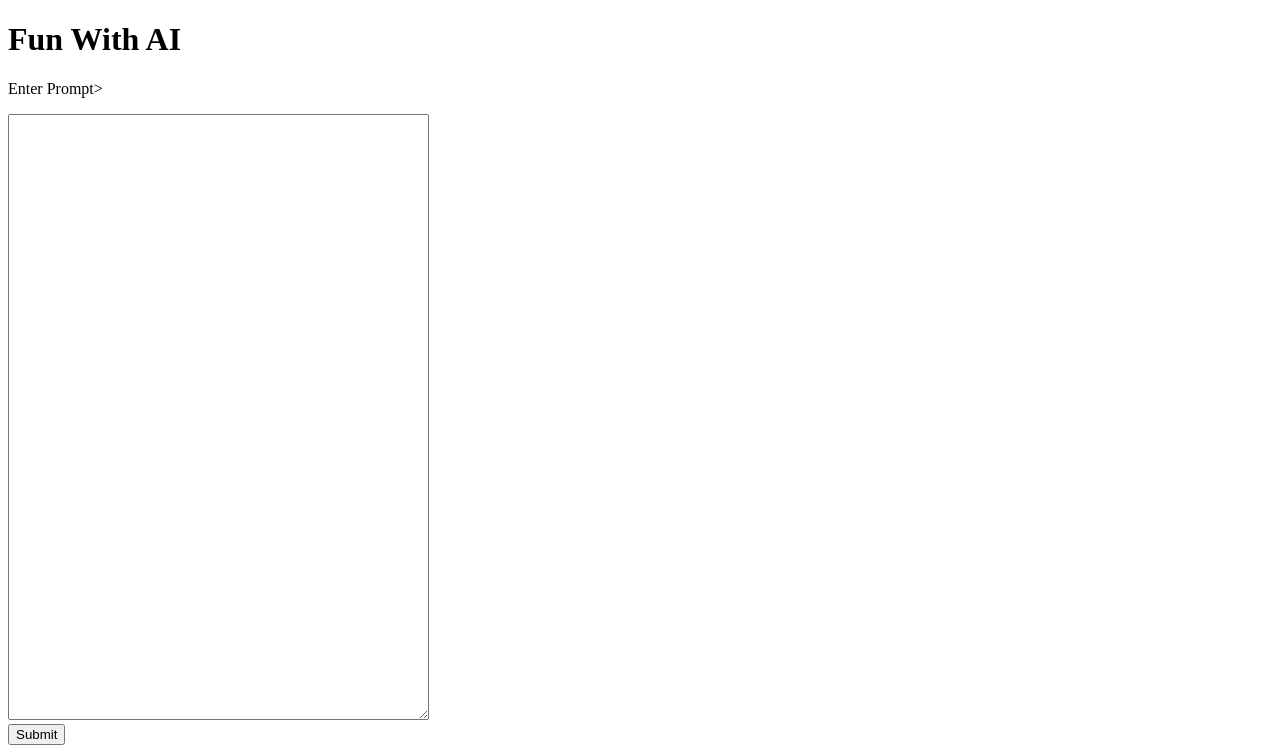
Repository: wenxi0504/open-ai-API
Page: openAI.html
The author's editor kept a copy of each file at every save. The page is drawn from the files as they stood at one save, then again after the next save.
The browser window is 1280 px wide. The pictures show the whole page.

Above is the page before, as saved 2022-05-15 16:26:44.

After the next save:
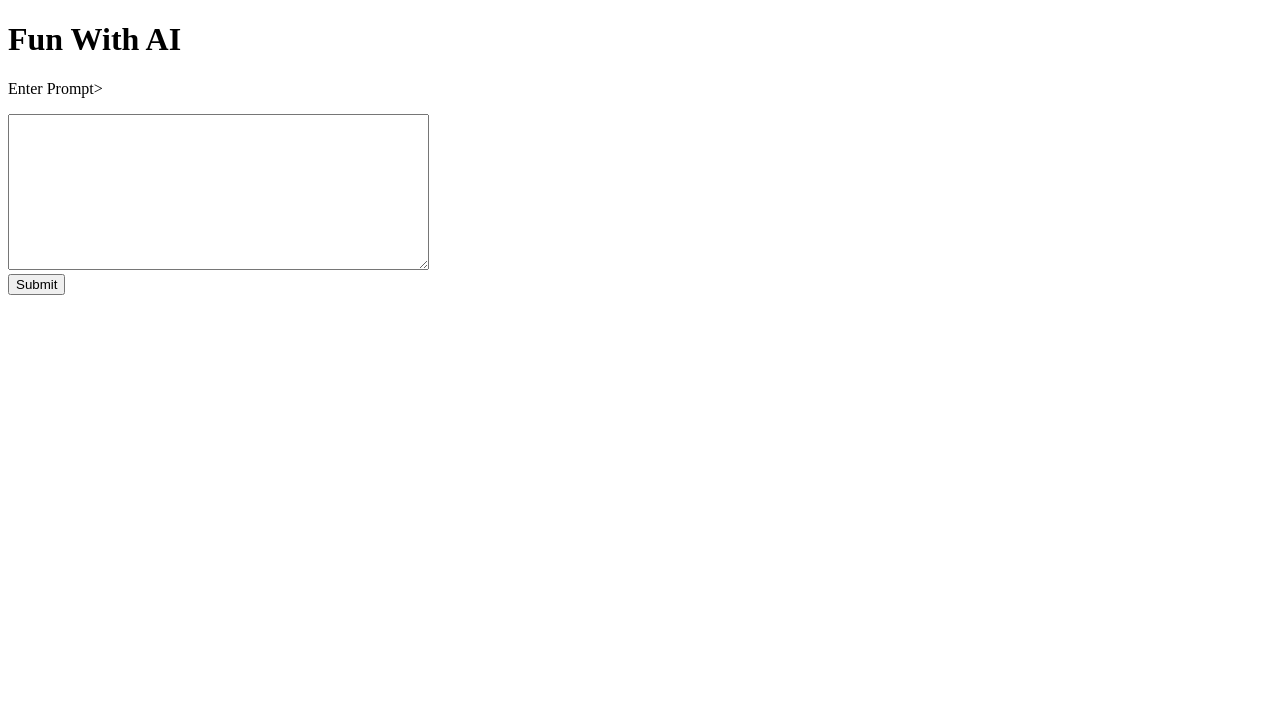
Saved 23 s later.
--- a/openAI.html
+++ b/openAI.html
@@ -10,7 +10,7 @@
 <h1>Fun With AI</h1>
 <form action="POST">
 <p><label for="userprompt"> Enter Prompt</label>></p>
-<textarea id="w3review" name="w3review" rows="40" cols="50"></textarea>
+<textarea id="w3review" name="w3review" rows="10" cols="50"></textarea>
 <br>
 <input type="submit" value="Submit">
 </form>
